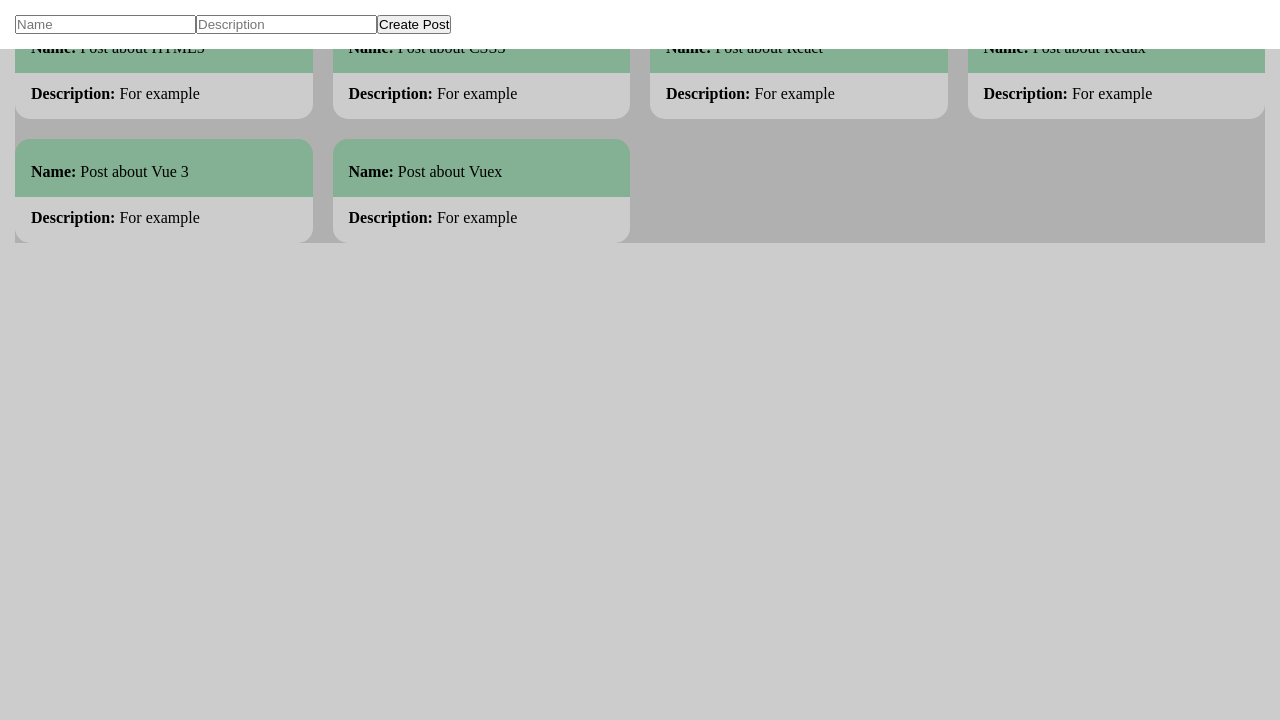
Repository: Axeliriya/vue-todo
Page: /
These files come from the project's save history. The page is drawn as it stood at one moment and after the next save; the edit follows.
The browser window is 1280 px wide. The pictures show the whole page.
The project was rebuilt for these pictures with package versions that can differ from the ones it lists, and the page was loaded fresh each time. Also part of the build but not shown: vue.config.js.

Above is the page before, as saved 2022-04-01 17:17:57.

After the next save:
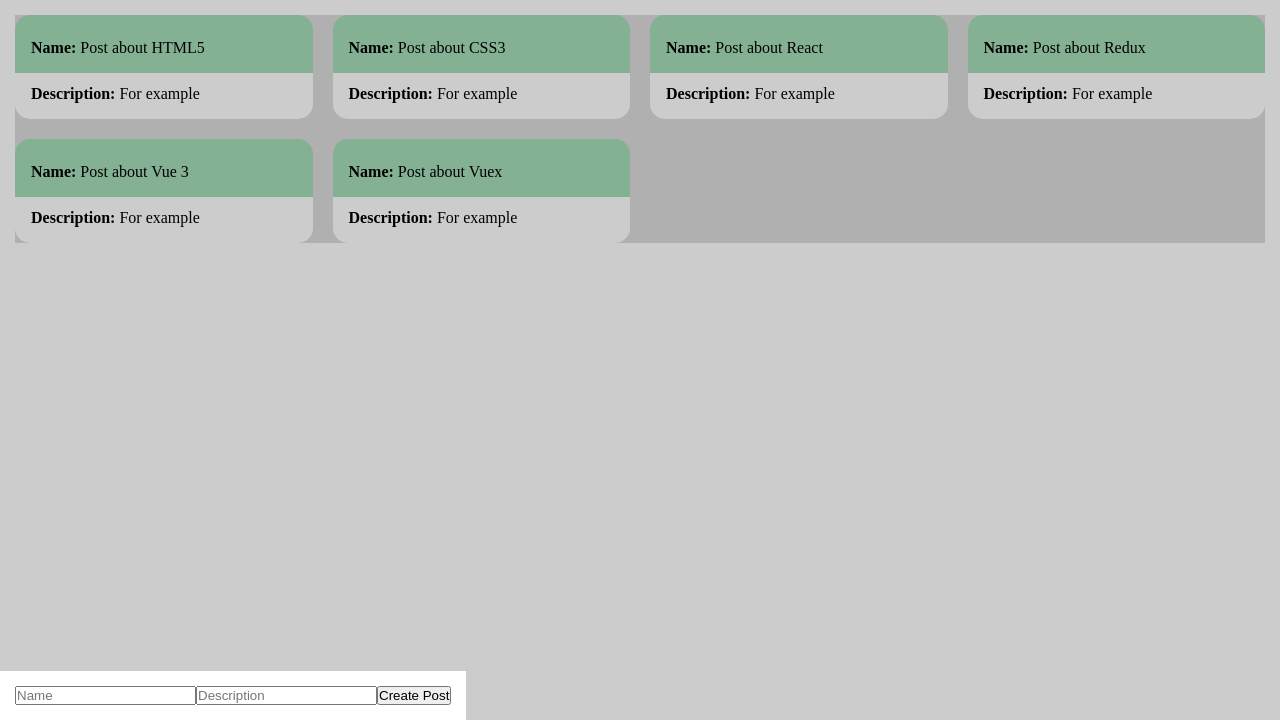
Saved 20 s later.
--- a/src/App.vue
+++ b/src/App.vue
@@ -67,12 +67,12 @@
   height: 100vh;
   background-color: rgb(0, 0, 0, 0.2);
   display: flex;
-  flex-direction: column;
 }
 
 .modal {
   padding: 15px;
   background-color: #fff;
+  align-self: flex-end;
 }
 
 .posts {
